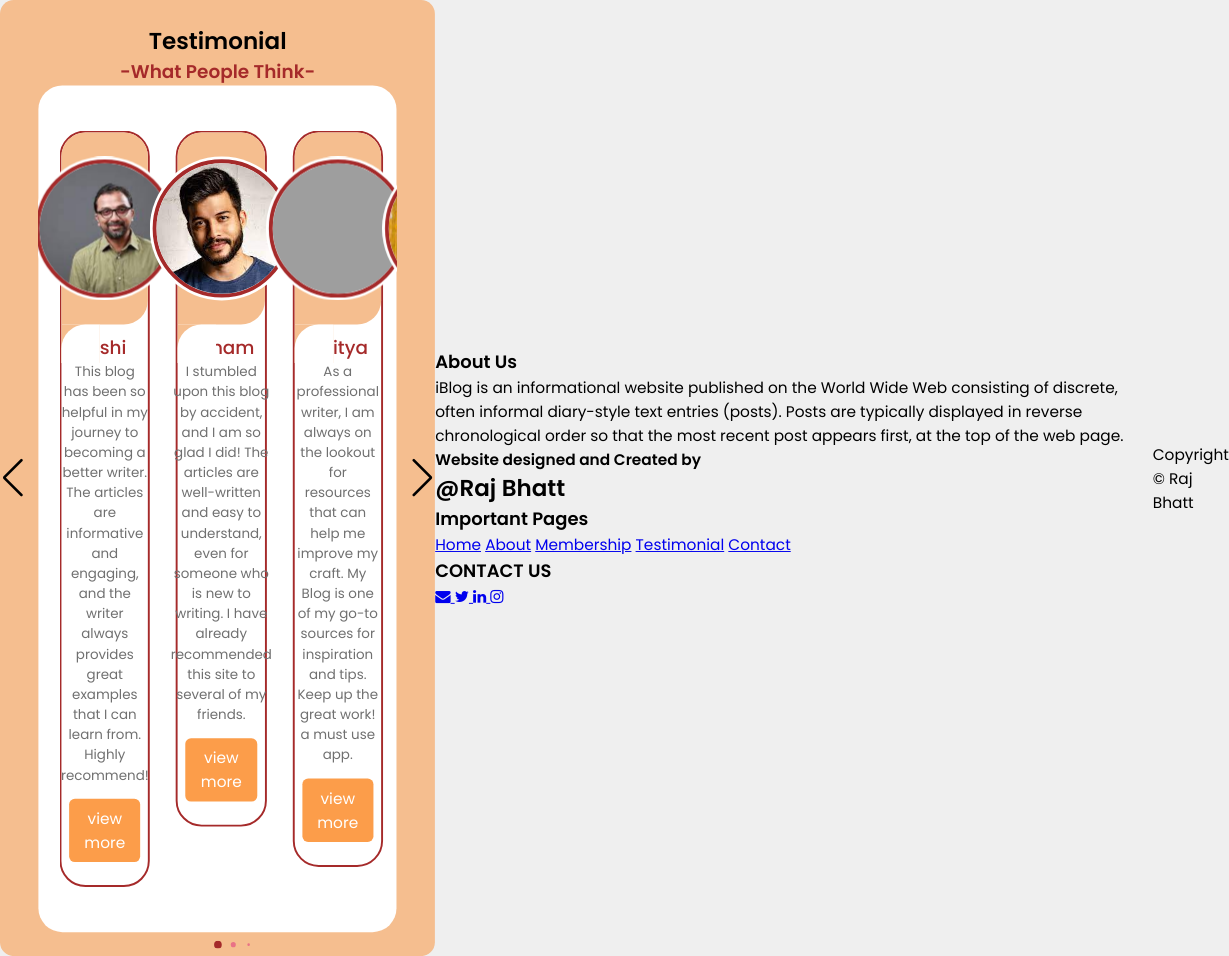
Repository: mrbhatt2348/iBlog
Page: testimonials.html
These files come from the project's save history. The page is drawn as it stood at one moment and after the next save; the edit follows.
The browser window is 1280 px wide. The pictures show the whole page, at 96% of full size.
Pictures or frames that could not be fetched are drawn as grey boxes.

Above is the page before, as saved 2023-03-02 22:47:37.

### testimonials.html
<!DOCTYPE html>
<html lang="en">
<head>
    <meta charset="UTF-8">
    <meta http-equiv="X-UA-Compatible" content="IE=edge">
    <meta name="viewport" content="width=device-width, initial-scale=1.0">
    <title>Testimonial</title>

    <link rel="stylesheet" href="./css/swiper-bundle.min.css">
    <link rel="stylesheet" href="https://cdnjs.cloudflare.com/ajax/libs/font-awesome/4.7.0/css/font-awesome.min.css" />
    <link rel="stylesheet" href="./css/testimonials.css">

</head>

<body>
    <div class="slide-container swiper">
        <h3>Testimonial</h3>
        <h2>-What People Think-</h2>
        <div class="slide-content">
            <div class="card-wrapper swiper-wrapper">

                <div class="card swiper-slide">
                <div class="image-content">
                    <span class="overlay"> </span>

                    <div class="card-image">
                        <img src="../img/face1.jpeg" alt=" " class="card-img">
                    </div>
                </div>
                <div class="card-content">
                    <h2 class="name">Rishi</h2>
                    <p class="description">This blog has been so helpful in my journey to becoming a better writer. The articles are informative and
                        engaging, and the writer always provides great examples that I can learn from. Highly recommend!</p>

                    <button class="button">view more</button>

                </div>
                </div>

                <div class="card swiper-slide">
                    <div class="image-content">
                        <span class="overlay"> </span>

                        <div class="card-image">
                            <img src="../img/face2.jpeg" alt=" " class="card-img">
                        </div>
                    </div>
                    <div class="card-content">
                        <h2 class="name">Soham</h2>
                        <p class="description">I stumbled upon this blog by accident, and I am so glad I did! The articles are well-written and easy to
                            understand, even for someone who is new to writing. I have already recommended this site to several of my
                            friends.</p>

                        <button class="button">view more</button>

                    </div>
                    </div>

                    <div class="card swiper-slide">
                        <div class="image-content">
                            <span class="overlay"> </span>

                            <div class="card-image">
                                <img src="../img/face3.jpeg" alt=" " class="card-img">
                            </div>
                        </div>
                        <div class="card-content">
                            <h2 class="name">Aditya</h2>
                            <p class="description">As a professional writer, I am always on the lookout for resources that can help me improve my craft.
                                My Blog is one of my go-to sources for inspiration and tips. Keep up the great work! a must use app.</p>

                            <button class="button">view more</button>

                        </div>
                        </div>


                        <div class="card swiper-slide">
                            <div class="image-content">
                                <span class="overlay"> </span>

                                <div class="card-image">
                                    <img src="../img/face4.jpeg" alt=" " class="card-img">
                                </div>
                            </div>
                            <div class="card-content">
                                <h2 class="name">Kamal</h2>
                                <p class="description">This blog has been so helpful in my journey to becoming a better writer. The articles are informative and
                                    engaging, and the writer always provides great examples that I can learn from. Highly recommend! </p>

                                <button class="button">view more</button>

                            </div>
                            </div>


                            <div class="card swiper-slide">
                                <div class="image-content">
                                    <span class="overlay"> </span>

                                    <div class="card-image">
                                        <img src="../img/face5.jpeg" alt=" " class="card-img">
                                    </div>
                                </div>
                                <div class="card-content">
                                    <h2 class="name">Rohan</h2>
                                    <p class="description">I stumbled upon this blog by accident, and I am so glad I did! The articles are well-written and easy to
                                        understand, even for someone who is new to writing. I have already recommended this site to several of my
                                        friends</p>

                                    <button class="button">view more</button>

                                </div>
                                </div>


                                <div class="card swiper-slide">
                                    <div class="image-content">
                                        <span class="overlay"> </span>

                                        <div class="card-image">
                                            <img src="../img/face6.jpeg" alt=" " class="card-img">
                                        </div>
                                    </div>
                                    <div class="card-content">
                                        <h2 class="name">Pritam</h2>
                                        <p class="description">As a professional writer, I am always on the lookout for resources that can help me improve my craft.
                                            My Blog is one of my go-to sources for inspiration and tips. Keep up the great work! a must use app. </p>

                                        <button class="button">view more</button>

                                    </div>
                                    </div>


                                    <div class="card swiper-slide">
                                        <div class="image-content">
                                            <span class="overlay"> </span>

                                            <div class="card-image">
                                                <img src="../img/img1.jpg" alt=" " class="card-img">
                                            </div>
                                        </div>
                                        <div class="card-content">
                                            <h2 class="name">Diptesh </h2>
                                            <p class="description">This blog has been so helpful in my journey to becoming a better writer. The articles are informative and
                                                engaging, and the writer always provides great examples that I can learn from. Highly recommend!</p>

                                            <button class="button">view more</button>

                                        </div>
                                        </div>


                                        <div class="card swiper-slide">
                                            <div class="image-content">
                                                <span class="overlay"> </span>

                                                <div class="card-image">
                                                    <img src="../img/img2.png" alt=" " class="card-img">
                                                </div>
                                            </div>
                                            <div class="card-content">
                                                <h2 class="name">Bitan</h2>
                                                <p class="description">I stumbled upon this blog by accident, and I am so glad I did! The articles are well-written and easy to
                                                    understand, even for someone who is new to writing. I have already recommended this site to several of my
                                                    friends</p>

                                                <button class="button">view more</button>

                                            </div>
                                            </div>


                    <div class="card swiper-slide">
                        <div class="image-content">
                            <span class="overlay"> </span>

                            <div class="card-image">
                                <img src="../img/img3.jpg" alt=" " class="card-img">
                            </div>
                        </div>
                        <div class="card-content">
                            <h2 class="name">Emilia</h2>
                            <p class="description">As a professional writer, I am always on the lookout for resources that can help me improve my craft.
                                My Blog is one of my go-to sources for inspiration and tips. Keep up the great work! a must use app. </p>

                            <button class="button">view more</button>

                        </div>
                        </div>



            </div>
        </div>

        <div class="swiper-button-next swiper-navBtn"></div>
        <div class="swiper-button-prev swiper-navBtn"></div>
        <div class="swiper-pagination"></div>
    </div>
    <div class="footer1">

        <div class="footer-content left">
            <h3>About Us</h3>
            <p>iBlog is an informational website published on the World Wide Web consisting of discrete,
                 often informal diary-style text entries (posts). Posts are typically displayed
                 in reverse chronological order so that the most recent post appears first, at the top of the web page. </p>
                 <h4>Website designed and Created by </h4> <h2> @Raj Bhatt</h2>
        </div>

        <div class="footer-content right">
            <h3>Important Pages</h3>
               <a href="index.html" >Home</a>
                <a href="about.html">About</a>
                <a href="membership.html">Membership</a>
                <a href="testimonials.html">Testimonial</a>
                <a href="contact.html">Contact</a>
        </div>
        <footer class="foot" >
            <h3>CONTACT US</h3>
          <div class="icons">
            <a class ="email" href="#" target="_blank">
                <i class="fa fa-envelope"></i>
              </a>
            <a class ="twitter" href="#" target="_blank">
              <i class="fa fa-twitter"></i>
            </a>
            <a class ="linkedin" href="#" target="_blank">
              <i class="fa fa-linkedin"></i>
            </a>
            <a class ="instagram" href="#" target="_blank">
              <i class="fa fa-instagram"></i>
            </a>

          </div>
           </footer>
    </div>
      <div class="footer_c">
          <p>Copyright &copy; Raj Bhatt </p>
      </div>

</body>

<script src="./swiper-bundle.min.js"></script>
<script src="./testimonial.js"></script>

</html>

### css/testimonials.css
@import url('https://fonts.googleapis.com/css2?family=Poppins:wght@300;400;500;600&display=swap');

*{
    margin: 0;
    padding:0;
    box-sizing: border-box;
    font-family: 'Poppins',sans-serif;
}


body{
    min-height: 100vh;
    display: flex;
    align-items: center;
    justify-content: center;
    background-color: #EFEFEF;
}

.slide-container{
    max-width: 1300px;
    background-color:  #f5be8f;
    width:100%;
    padding: 25px 0;
    border-radius: .9rem;
}

.slide-container h3{
    color:black;
    text-align: center;
    font-size: 1.5rem;
}

.slide-container h2{
    color:brown;
    font-size: 1.2rem;
    text-align: center;
}

.slide-content{
    padding: 45px 20px;
    margin:0 40px;
    background-color: #fff;
     overflow: hidden;
    border-radius: 25px;
}

.card{
    margin:2px 2px 2px 2px;
    border-radius: 27px;
    background-color: #fff;
   border:2px solid brown;
}

.image-content,
.card-content{
    padding: 10px 14px;
    display: flex;
    flex-direction:column;
    align-items: center;
    padding: 10px 14px ;
}

.card-image{
    position: relative;
    height: 150px;
    width:150px;
    border-radius: 50%;
    background-color: #fff;
    padding: 3px;
}

.card-image .card-img{
    height:100%;
    width: 100%;
    object-fit: cover;
    border-radius:50%;
    border: 4px solid brown;
}

.name{
    font-size: 18px;
    font-weight: 500;
    color:#333;
}

.description{
    font-size: 14px;
    color: #707070;
    text-align: center;
}

.image-content{
    row-gap: 5px;
    position: relative;
    border-radius: 25px 25px 0 25px;
    padding: 25px 0;
}

.overlay{
    position: absolute;
    left:0;
    top:0;
    height: 100%;
    width: 100%;
    background-color: #f5be8f ;
    border-radius: 25px 25px 25px 0;
}

.overlay::before,
.overlay::after{
    content: '';
    position: absolute;
    height: 40px;
    width: 40px;
    background-color: #f5be8f;
    bottom: -40px;
}

.overlay::after{
    border-radius: 25px 0 0 0;
    background-color: #fff;
}

.button{
    border: none;
    font-size: 16px;
    color:#fff;
    padding: 8px 16px;
    background-color: #fc9d4a;
    border-radius: 6px;
    margin: 14px;
    cursor: pointer;
    transition: all 0.3s ease;
}

.button:hover{
    background-color: brown;
}

.swiper-navBtn{
    color:black;
    transition: color 0.3s ease;
}

.swiper-navBtn:hover{
    color:brown;
}

.swiper-navBtn::before,
.swiper-navBtn::after{
    font-size: 40px;
}

.swiper-button-next{
    right:0;
}

.swiper-button-prev{
    left:0;
}

.swiper-pagination-bullet{
    background-color: rgb(233, 114, 134);
    opacity:1;
}

.swiper-pagination-bullet-active{
    background-color:brown;
}

@media screen and (max-width:768px) {
    .swiper-navBtn{
        display: none;
    }

    .slide-content{
        margin:0 10px;
    }

}

### testimonial.js
var swiper = new Swiper(".slide-content", {
    slidesPerView: 3,
    spaceBetween: 25,
    loop: true,
    centerSlide: 'true',
    fade: 'true',
    grabCursor: 'true',
    pagination: {
      el: ".swiper-pagination",
      clickable: true,
      dynamicBullets: true,
    },
    navigation: {
      nextEl: ".swiper-button-next",
      prevEl: ".swiper-button-prev",
    },

    breakpoints:{
      0: {
        slidesPerView: 1,
    },
    529: {
        slidesPerView: 2,
    },
    969: {
        slidesPerView: 3,
    },

    },
  });

Loaded but not shown: css/swiper-bundle.min.css (library); swiper-bundle.min.js (library)

After the next save:
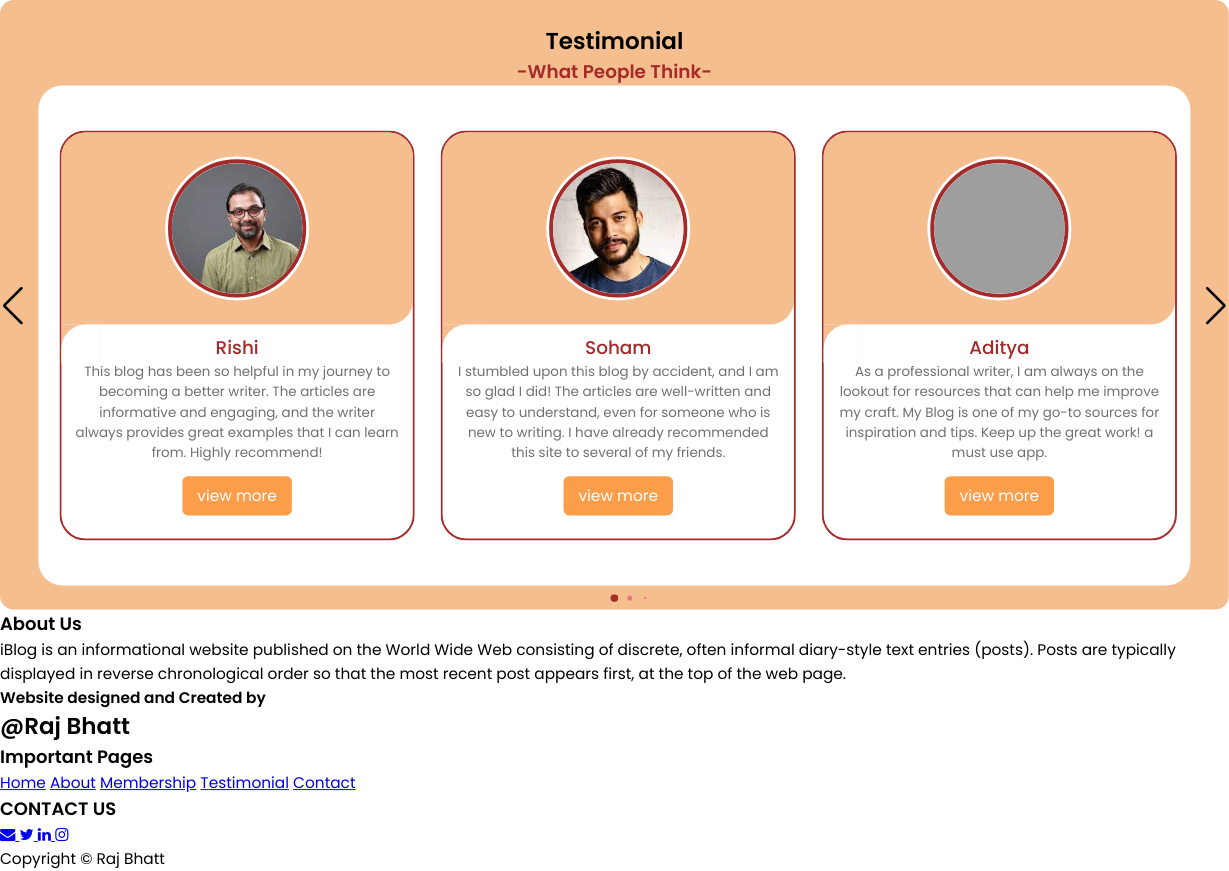
Saved 9 min 42 s later.
--- a/css/testimonials.css
+++ b/css/testimonials.css
@@ -8,13 +8,13 @@
 }
 
 
-body{
+/* body{
     min-height: 100vh;
     display: flex;
     align-items: center;
     justify-content: center;
     background-color: #EFEFEF;
-}
+} */
 
 .slide-container{
     max-width: 1300px;
